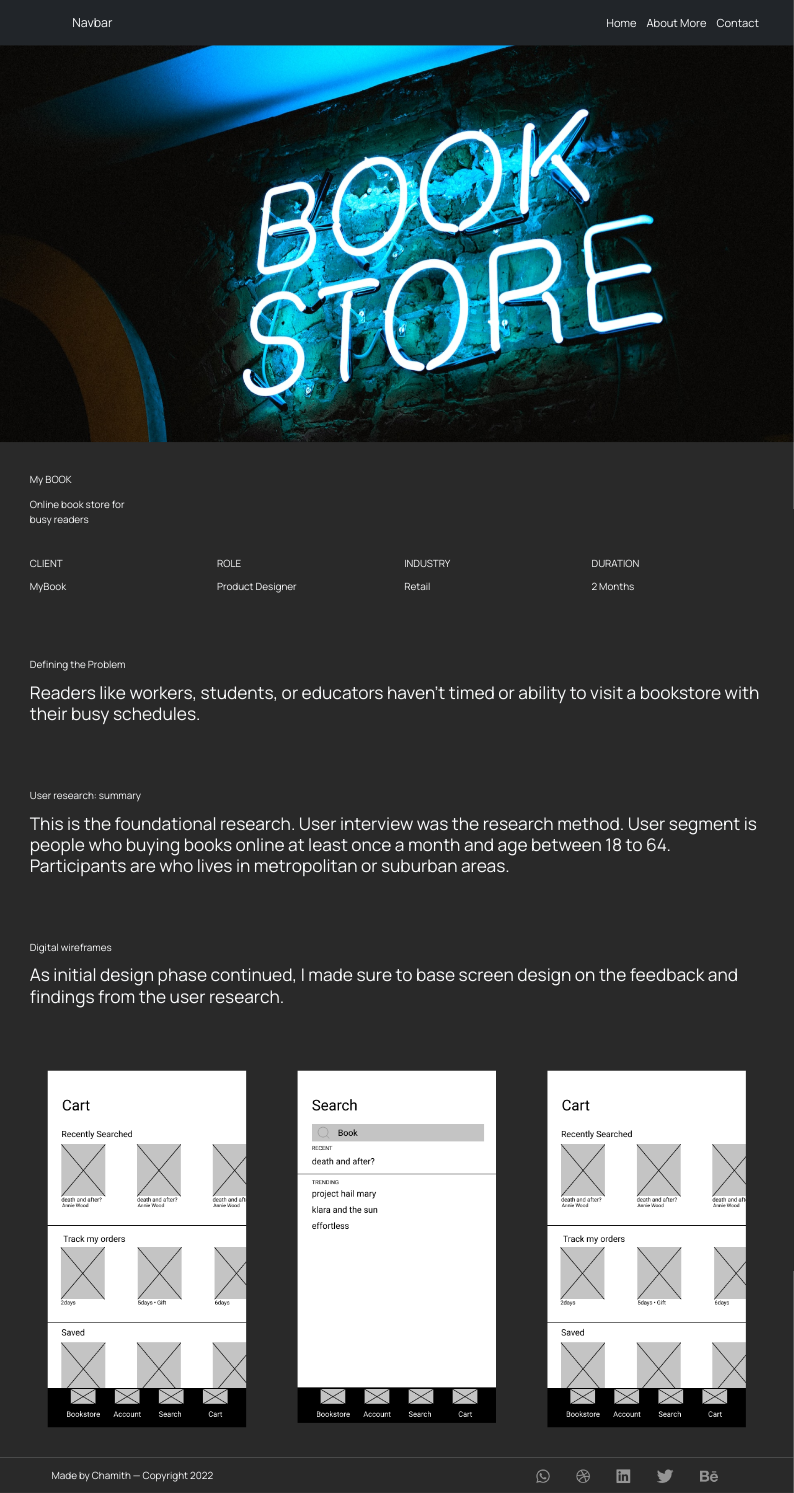
Repository: Realchamithweb/chamith-html
Page: work.html
These files come from the project's save history. The page is drawn as it stood at one moment and after a run of saves; the edit follows.
The browser window is 1280 px wide. The pictures show the whole page, at 62% of full size.

Above is the page before, as saved 2023-01-24 07:46:34.

### work.html
<!doctype html>
<html lang="en">
  <head>
    <!-- Required meta tags -->
    <meta charset="utf-8">
    <meta name="viewport" content="width=device-width, initial-scale=1">
    <link rel="stylesheet" href="/css/style.css">
    <!-- Bootstrap CSS -->
    <link href="https://cdn.jsdelivr.net/npm/bootstrap@5.0.2/dist/css/bootstrap.min.css" rel="stylesheet" integrity="sha384-EVSTQN3/azprG1Anm3QDgpJLIm9Nao0Yz1ztcQTwFspd3yD65VohhpuuCOmLASjC" crossorigin="anonymous">
    <link rel="stylesheet" href="https://fonts.googleapis.com/css?family=Manrope">
    <title>Hello, world!</title>
  </head>
  <body>
    <div class="main">
            <div class="head">
                <nav class="navbar navbar-expand-lg navbar-light bg-dark">
                    <div class="container-fluid">
                        <div class="col-md-1"></div>
                    <a class="navbar-brand col-md-8 text-light" href="/index.html">Navbar</a>
                    <button class="navbar-toggler" type="button" data-bs-toggle="collapse" data-bs-target="#navbarNavDropdown" aria-controls="navbarNavDropdown" aria-expanded="false" aria-label="Toggle navigation">
                        <span class="navbar-toggler-icon"></span>
                    </button>
                    <div class="collapse navbar-collapse" id="navbarNavDropdown">
                        <ul class="navbar-nav">
                        <li class="nav-item">
                            <a class="nav-link active text-light" aria-current="page" href="/index.html">Home</a>
                        </li>
                        <li class="nav-item">
                            <a class="nav-link text-light" href="/work.html">About More</a>
                        </li>
                        <li class="nav-item">
                            <a class="nav-link text-light" href="/contact.html">Contact</a>
                        </li>
                        </ul>
                    </div>
                    </div>
                </nav>
            </div>
            <section>
                <div class="row">
                    <img src="/inc/work-top.png" class="work-hero">
                </div>
            </section>
            <section>
                <div class="row">
                    <div class="container-fluid text-light ms-5 mt-5">
                        <p>My BOOK</p>
                        <h>Online book store for<br>
                            busy readers </h3>
                    </div>
                </div>
                <div class="row p-5">
                        <div class="col-lg-3 text-light">
                            <p>CLIENT</p>
                            <h6>MyBook</h6>
                        </div>
                        <div class="col-lg-3 text-light">
                            <p>ROLE</p>
                            <h6>Product Designer</h6>
                        </div>
                        <div class="col-lg-3 text-light">
                            <p>INDUSTRY</p>
                            <h6>Retail</h6>
                        </div>
                        <div class="col-lg-3 text-light">
                            <p>DURATION</p>
                            <h6>2 Months</h6>
                        </div>
                </div>
            </section>
            <section>
                <div class="row p-5">
                    <div class="col-lg-12 text-light">
                        <p>Defining the Problem</p>
                        <h3>Readers like workers, students, or educators haven't timed or ability to visit a bookstore with their busy schedules.</h3>
                    </div>
                </div>
            </section>
            <section>
                <div class="row p-5">
                    <div class="col-lg-12 text-light">
                        <p>User research: summary</p>
                        <h3>This is the foundational research. User interview was the research method. User segment is people who buying books online at least once a month and age between 18 to 64. Participants are who lives in metropolitan or suburban areas.</h3>
                    </div>
                </div>
            </section>
            <section>
                <div class="row p-5">
                    <div class="col-lg-12 text-light">
                        <p>Digital wireframes</p>
                        <h3>As initial design phase continued, I made sure to base screen design on the feedback and findings from the user research.</h3>
                    </div>
                </div>
            </section>
            <section>
                <div class="row p-5">
                    <div class="col-lg-4 mx-auto">
                        <img src="/inc/Cart.png" class="img-fluid mx-auto d-block text-center">
                    </div>
                    <div class="col-lg-4 mx-auto">
                        <img src="/inc/Search.png" class="img-fluid mx-auto d-block text-center">
                    </div>
                    <div class="col-lg-4 mx-auto">
                        <img src="/inc/Cart.png" class="img-fluid mx-auto d-block text-center">
                    </div>
                </div>
            </section>
            <section>
              <div class="footer">
                  <div class="container-fluid">
                      <div class="row">
                          <hr class="text-light">
                          <div class="col-lg-4 text-center text-light mb-3">Made by Chamith — Copyright 2022</div>
                          <div class="col-lg-4 mb-3"></div>
                          <div class="col-lg-4 mb-3"><img src="/inc/Icons.png" class="img02"></div>
                      </div>
                  </div>
              </div>
          </section>

  </div>


    <!-- Optional JavaScript; choose one of the two! -->

    <!-- Option 1: Bootstrap Bundle with Popper -->
    <script src="https://cdn.jsdelivr.net/npm/bootstrap@5.0.2/dist/js/bootstrap.bundle.min.js" integrity="sha384-MrcW6ZMFYlzcLA8Nl+NtUVF0sA7MsXsP1UyJoMp4YLEuNSfAP+JcXn/tWtIaxVXM" crossorigin="anonymous"></script>

    <!-- Option 2: Separate Popper and Bootstrap JS -->
    <!--
    <script src="https://cdn.jsdelivr.net/npm/@popperjs/core@2.9.2/dist/umd/popper.min.js" integrity="sha384-IQsoLXl5PILFhosVNubq5LC7Qb9DXgDA9i+tQ8Zj3iwWAwPtgFTxbJ8NT4GN1R8p" crossorigin="anonymous"></script>
    <script src="https://cdn.jsdelivr.net/npm/bootstrap@5.0.2/dist/js/bootstrap.min.js" integrity="sha384-cVKIPhGWiC2Al4u+LWgxfKTRIcfu0JTxR+EQDz/bgldoEyl4H0zUF0QKbrJ0EcQF" crossorigin="anonymous"></script>
    -->
  </body>
</html>

### css/style.css
.main{
    background-color: #292929;
    font-family: 'Manrope', serif;
    overflow-x: hidden;

}
.navbar{
    padding-top: 15px!important;
    padding-bottom: 15px!important;
}
.nav-link{
    font-size: 18px!important;
}
.hero{
    margin-top: 66px;
}

.hero-img{
    margin-top: 3em;
}

.hero-title{
    font-style: normal;
    font-weight: 400;
    font-size: 54px;
    line-height: 64px;
    margin-left: 96px;
}

.hero-text{
    font-style: normal;
    font-weight: 400;
    font-size: 20px;
    line-height: 30px;
    margin-left: 96px;
}

.hero-btn{
    margin-left: 96px;
}

.work-img:hover img{
        opacity: 0.5;
}

.work-img {
    position: relative;
  }

  .bg-color
  .work-img img {
    width: 100%;
    opacity: 1;
    transition: opacity 0.5s;
  }
.work-img .text {
    position: absolute;
    top: 50%;
    left: 50%;
    transform: translate(-50%, -50%);
    text-align: center;
    color: white;
  }

  .work-hero{
    width: 1440px;
    height: 640px;
    left: 0px;
    top: 0px;
  }
/*
.hero-title{
    position: absolute;
    width: 824px;
    height: 192px;
    left: 96px;
    top: 240px;

    font-family: 'Inter';
    font-style: normal;
    font-weight: 400;
    font-size: 54px;
    line-height: 64px;
    color: #000000;
}

.hero-text{
    position: absolute;
    width: 824px;
    height: 90px;
    left: 96px;
    top: 456px;

    font-family: 'Inter';
    font-style: normal;
    font-weight: 400;
    font-size: 20px;
    line-height: 30px;
    /* or 150% */
    /* color: #000000
}

.hero-btn{
    box-sizing: border-box;
    position: absolute;
    width: 341.57px;
    height: 57px;
    left: 96px;
    top: 634px;

    background: #FFFFFF;
    border: 1px solid #000000;
    border-radius: 4px;
}

.f-row{
    display: flex;
    flex-direction: row;
    justify-content: center;
    align-items: center;
    padding: 8px;
    gap: 32px;

    position: absolute;
    height: 48px;
    left: 96px;
    top: 836px;
}

.img00{
    display: flex;
    flex-direction: row;
    justify-content: center;
    align-items: center;
    padding: 8px;
    gap: 32px;

    position: absolute;
    width: 198px;
    height: 48px;
    left: 96px;
    top: 836px;

}

.img01{
    position: absolute;
    width: 612px;
    height: 888px;
    left: 96px;
    top: 964px;
    border-radius: 4px;
}

.img01:hover{
    background: linear-gradient(0deg, rgba(0, 0, 0, 0.6), rgba(0, 0, 0, 0.6)), url("/inc/Bookstore.png"), #292929;
}

.img02{
    position: absolute;
    width: 612px;
    height: 888px;
    left: 732px;
    top: 1102px;

    background: url(3ffea8135910975.Y3JvcCwxMDgwLDg0NCwwLDExNw.png), #292929;
    border-radius: 4px;
}  */

After the next 2 saves:
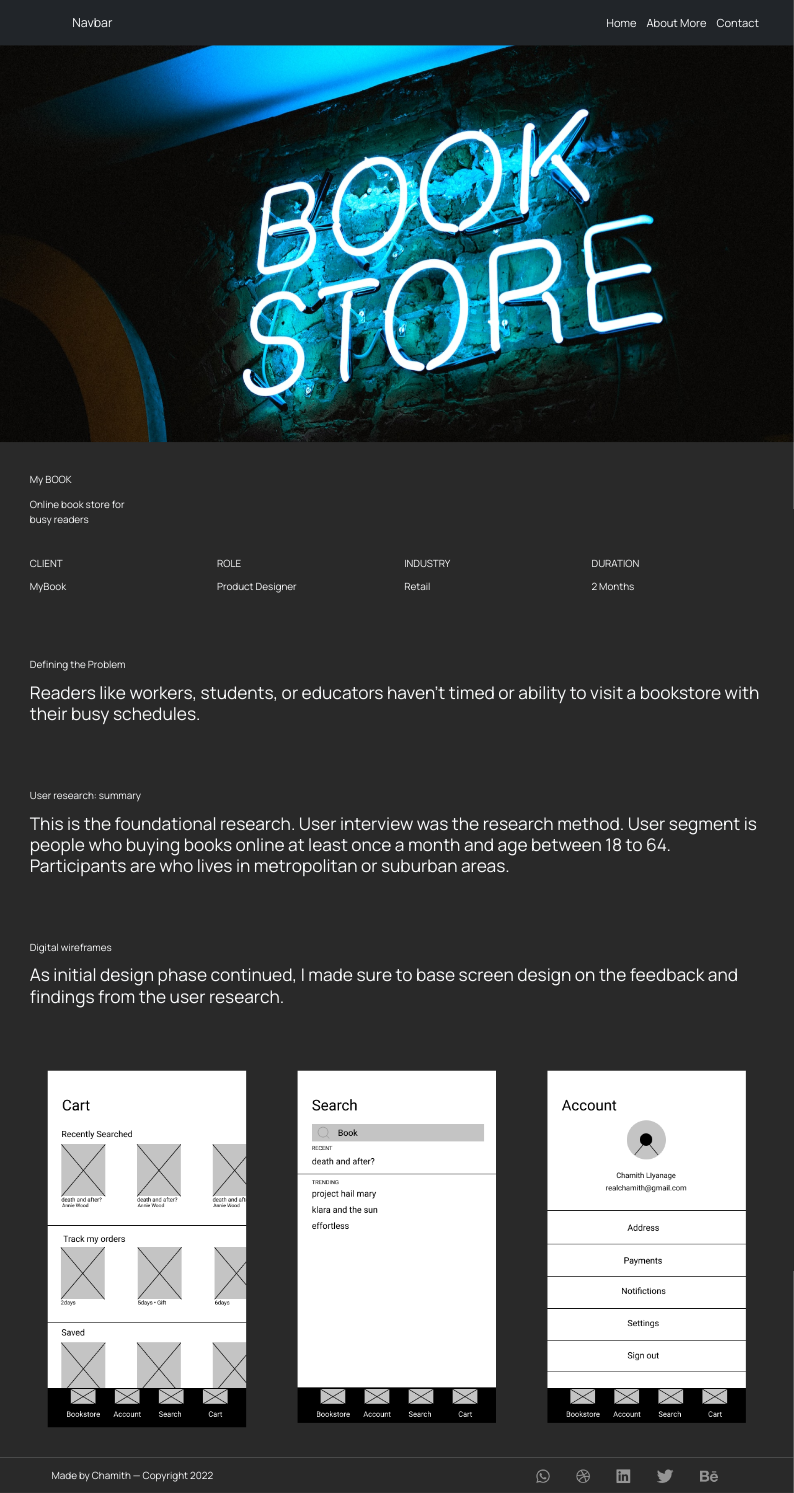
The 2 saves are shown as one change because they came seconds apart.
The last was saved 17 s later.
--- a/work.html
+++ b/work.html
@@ -101,7 +101,7 @@
                         <img src="/inc/Search.png" class="img-fluid mx-auto d-block text-center">
                     </div>
                     <div class="col-lg-4 mx-auto">
-                        <img src="/inc/Cart.png" class="img-fluid mx-auto d-block text-center">
+                        <img src="/inc/Account.png" class="img-fluid mx-auto d-block text-center">
                     </div>
                 </div>
             </section>
